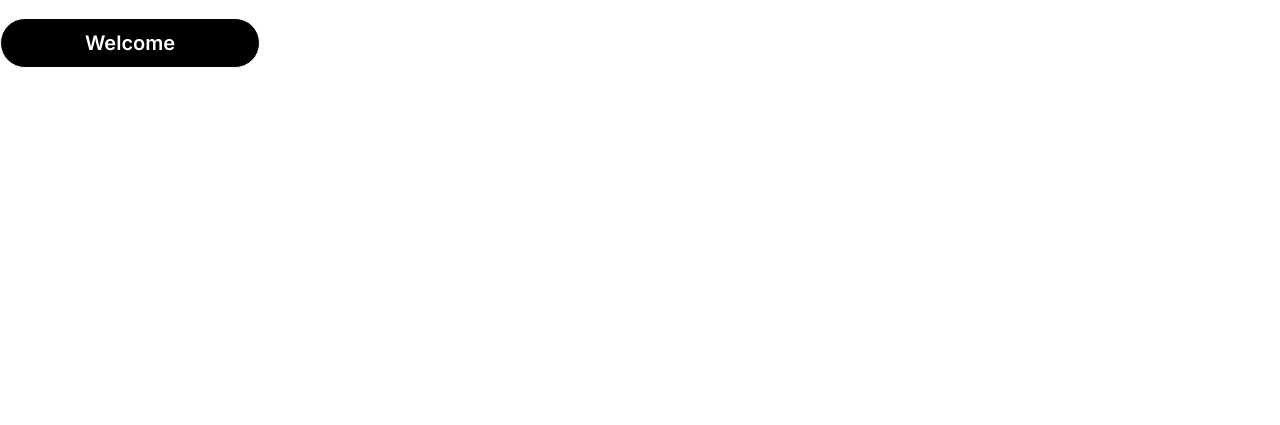
Repository: Cherced/virtualassistant
Page: /WelcomeS
An editor plug-in stored every save of this project. The page is shown before and after the next save, followed by the edit.
The browser window is 1280 px wide. The pictures show the whole page.
The project was rebuilt for these pictures with package versions that can differ from the ones it lists, and the page was loaded fresh each time. The framework's server and built-in components were replaced by stand-ins that run in the browser.

Above is the page before, as saved 2022-07-15 13:25:14.

### pages/_app.js
import '../sass/global.scss';


const MyApp = ({ Component, pageProps }) => {
    return <Component {...pageProps} />
  }


export default MyApp

### pages/_document.js
import { Html, Head, Main, NextScript } from 'next/document'

export default function Document() {

  return (
    <Html lang="en">
      <Head />
      <body>
        <Main />
        <div id="portal"></div>
        <NextScript />
      </body>
    </Html>
  )
}

### pages/WelcomeS.jsx
import React from 'react'
import {BasicButton} from '../components/atoms/buttons/BasicButton'

const WelcomeS = () => {
  return (
    <div className="WelcomeS">
      <header className="WelcomeS__header">
        <img className="WelcomeS__header--img" src="" alt=""/>
      </header>
      <main className="WelcomeS__main">
        <h1 className="WelcomeS__main--title"></h1>
      </main>
      <footer className="WelcomeS__footer">
          <BasicButton type="button" color="black" title="Welcome" aria="Welcome Button" />
      </footer>
    </div>
  )
}

export default WelcomeS

### sass/global.scss
@import './vars';
@import './components';
@import './pages/draft';
@import './pages/welcome';

### components/atoms/buttons/BasicButton.jsx
import React from 'react'

export const BasicButton = (props) => {
  return (
    <button className={`basic__button ${props.color}`} type={props.type} aria-label={props.aria}>
      {props.title}
    </button>
  )
}

### sass/_vars.scss
@import url('https://fonts.googleapis.com/css2?family=Inter:wght@100;200;300;500;600;700;800;900&family=Roboto:ital,wght@0,100;0,300;0,400;0,500;0,700;0,900;1,100;1,300;1,400;1,500;1,700;1,900&display=swap');
@import url('https://fonts.googleapis.com/css2?family=Roboto:ital,wght@0,100;0,300;0,400;0,500;0,700;0,900;1,100;1,300;1,400;1,500;1,700;1,900&family=Ubuntu:ital,wght@0,300;0,400;0,500;0,700;1,300;1,400;1,500;1,700&display=swap');

$mainColor: black;
$mainTextColor: white;
$mainFont: 'Inter';
$subTitle: 'Roboto';


*{
    box-sizing: border-box;
    margin: 0;
    padding: 0;
    font-family: Arial, Helvetica, sans-serif;
}

### sass/_components.scss
@import './components/headers/welcomeHeader';
@import './components/carrousels/carrousel';
@import './components/buttons/nextButton';
@import './components/buttons/basicButton';

### sass/components/headers/_welcomeHeader.scss
.brand {
  width: 100%;
  min-height: 500px;
  display: flex;
  background: black;
  border-radius: 0 0 100px 100px;
  box-shadow: 6px 6px 20px 3px rgba(0, 0, 0, 0.2);
  justify-content: center;
  align-items: center;

  .brand__elipse--container {
    display: none;
  }

  .brand__img {
    z-index: 2;
    object-fit: cover;
  }
}

@media screen and (min-width: 1024px) {
  .brand {
    background-repeat: no-repeat;
    background-position: center;
    background-position-y: -200px;
    border-radius: none;
    background-image: url('../../../public/img/Ellipse.png');
    background: linear-gradient(180deg, #000000, #ffffff, #7d7777, #ececec, #7b7b7b, #000000, #545454, #e1e1e1, #e1e1e1);
    background-size: 1800% 1800%;

    -webkit-animation: AnimationName 27s ease infinite;
    -moz-animation: AnimationName 27s ease infinite;
    animation: AnimationName 27s ease infinite;


  .brand__elipse--container {
    display: block;
    position: absolute;
    top: -193px;
    z-index: 1;
  }
  }


@-webkit-keyframes AnimationName {
  0%{background-position:0% 68%}
  50%{background-position:100% 33%}
  100%{background-position:0% 68%}
}
@-moz-keyframes AnimationName {
  0%{background-position:0% 68%}
  50%{background-position:100% 33%}
  100%{background-position:0% 68%}
}
@keyframes AnimationName {
  0%{background-position:0% 68%}
  50%{background-position:100% 33%}
  100%{background-position:0% 68%}
}

}

### sass/components/carrousels/_carrousel.scss
.carrousel {
    max-width: 500px;
    height: auto;
    min-width: 300px;
    overflow: hidden;

    .slider {
        position: relative;
        display: flex;
        width: 200%;
        height: 100%;
    }

    .carrousel__list {
        list-style: none;
        display: flex;
        flex-direction: column;
        width: 100%;

        .carrousel__list--item {
            width: 100%;
            display: flex;
            flex-direction: row;
            align-items: center;
            justify-content: center;

            .carrousel__item--title {
                font-family: $subTitle;
                font-style: normal;
                font-weight: 500;
                font-size: 20px;
                line-height: 24px;
                text-align: center;
                letter-spacing: 0.04em;
                margin-bottom: 30px;
            }

            .carrousel__item--parragraph {
                font-style: normal;
                font-weight: 400;
                font-size: 15px;
                line-height: 18px;
                text-align: center;
                letter-spacing: 0.04em;
                font-family: $mainFont;
                color: #0F184D;
                padding: 0 30px;
                text-align: center;
            }
        }
    }
}

### sass/components/buttons/_nextButton.scss
.button__next {
    display: flex;
    width: auto;
    min-width: 100px;
    height: 50px;
    justify-content: space-around;
    align-items: center;
    background: black;
    color: white;
    border-radius: 100px;
    padding: 0 0 0 30px;
    box-shadow: 5px 5px 10px 0px black;
    cursor: pointer;
    font-family: $mainFont;
    font-size: 16px;


    .button__next--Arrow {
        width: 50px;
        height: 50px;
        display: flex;
        align-items: center;
        justify-content: center;
        background: $mainTextColor;
        border-radius: 100px;
        margin-left: 10px;

        .next__arrow--h1 {
            padding: 10px;
            color: $mainColor;
            font-family: $mainFont;
        }
    }

}

### sass/components/buttons/_basicButton.scss
.basic__button {
    width: 260px;
    height: 50px;
    border-radius: 30px;
}

.black {
    background: black;
    border: 1px solid white;
    font-family: $mainFont;
    font-style: normal;
    font-weight: 600;
    font-size: 20px;
    line-height: 30px;
    text-align: center;
    color: #FFFFFF;
}

.white{
    background: white;
    border: 1px solid black;
    font-family: $mainFont;
    font-style: normal;
    font-weight: 600;
    font-size: 20px;
    line-height: 30px;
    text-align: center;
    color: black;
}

### sass/pages/_draft.scss

.Draft{
    display: flex;
    align-self: center;
    width: 100%;
    justify-content: center;
    height: 100vh;
    flex-direction: column;
    align-items: center;
}

### sass/pages/_welcome.scss
.welcome {
    width: 100%;
    height: 100vh;
    display: flex;
    flex-direction: column;
    align-items: center;
    box-shadow: 7px 8px 20px 7px black;
    justify-items: center;
    justify-content: space-between;

    .main__Content--welcome {
        width: 100%;
        height: 100%;
        display: flex;
        justify-content: center;
        flex-direction: column;
        align-items: center;

        .main__Content--title {
            font-family: $mainFont;
            font-style: normal;
            font-weight: 600;
            font-size: 30px;
            line-height: 18px;
            text-align: center;
            letter-spacing: 0.04em;

            color: #0F184D;
            margin: 30px 0;
        }
    }

    .NavButtons {
        display: flex;
        width: 100%;
        align-items: center;
        justify-content: space-between;
        padding: 0 30px;
        margin: 20px 0;

        .NavButtons__ancord {
            text-decoration: none;
            font-style: normal;
            font-weight: 400;
            font-size: 15px;
            line-height: 18px;
            letter-spacing: 0.04em;
            font-family: $mainFont;
            color: #000000;
        }
    }
}

After the next save:
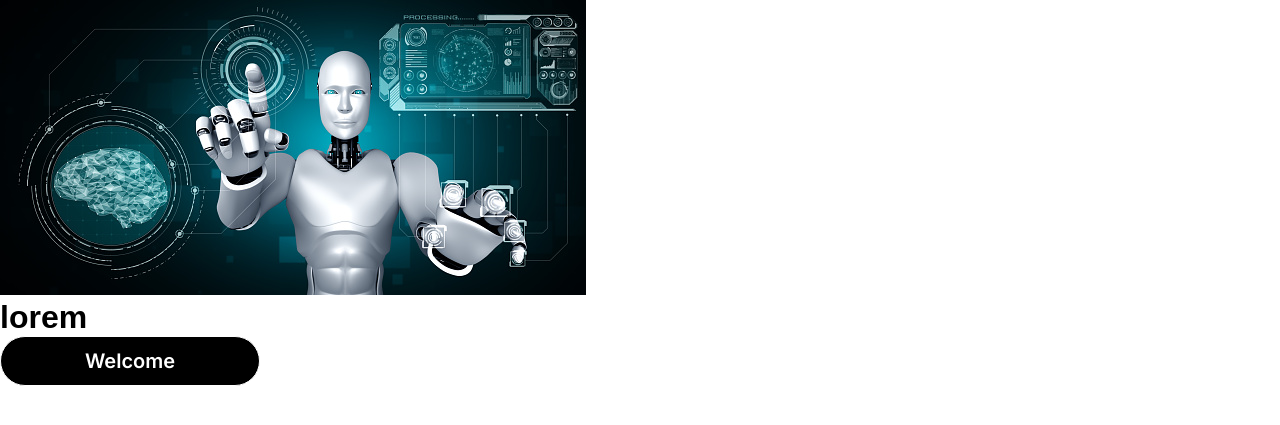
Saved 109 s later.
--- a/pages/WelcomeS.jsx
+++ b/pages/WelcomeS.jsx
@@ -5,10 +5,12 @@ const WelcomeS = () => {
   return (
     <div className="WelcomeS">
       <header className="WelcomeS__header">
-        <img className="WelcomeS__header--img" src="" alt=""/>
+        <img className="WelcomeS__header--img" src="/img/robotWs.png" alt=""/>
       </header>
       <main className="WelcomeS__main">
-        <h1 className="WelcomeS__main--title"></h1>
+        <h1 className="WelcomeS__main--title">
+          lorem
+        </h1>
       </main>
       <footer className="WelcomeS__footer">
           <BasicButton type="button" color="black" title="Welcome" aria="Welcome Button" />
